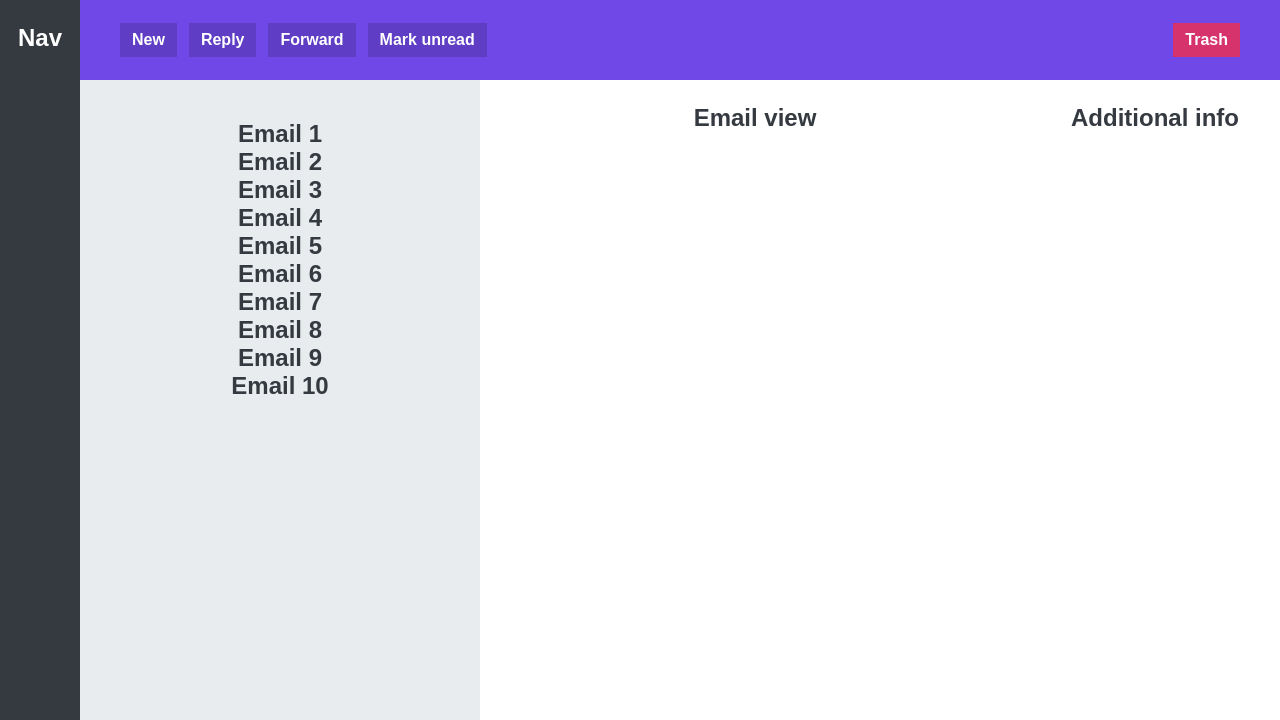
Repository: nghiakma/HTML-CSS-Fundamental
Page: Component_LayoutPatterns/applayout.html
The author's editor kept a copy of each file at every save. The page is drawn from the files as they stood at one save, then again after the next save.
The browser window is 1280 px wide. The pictures show the whole page.

Above is the page before, as saved 2023-08-26 18:40:02.

After the next save:
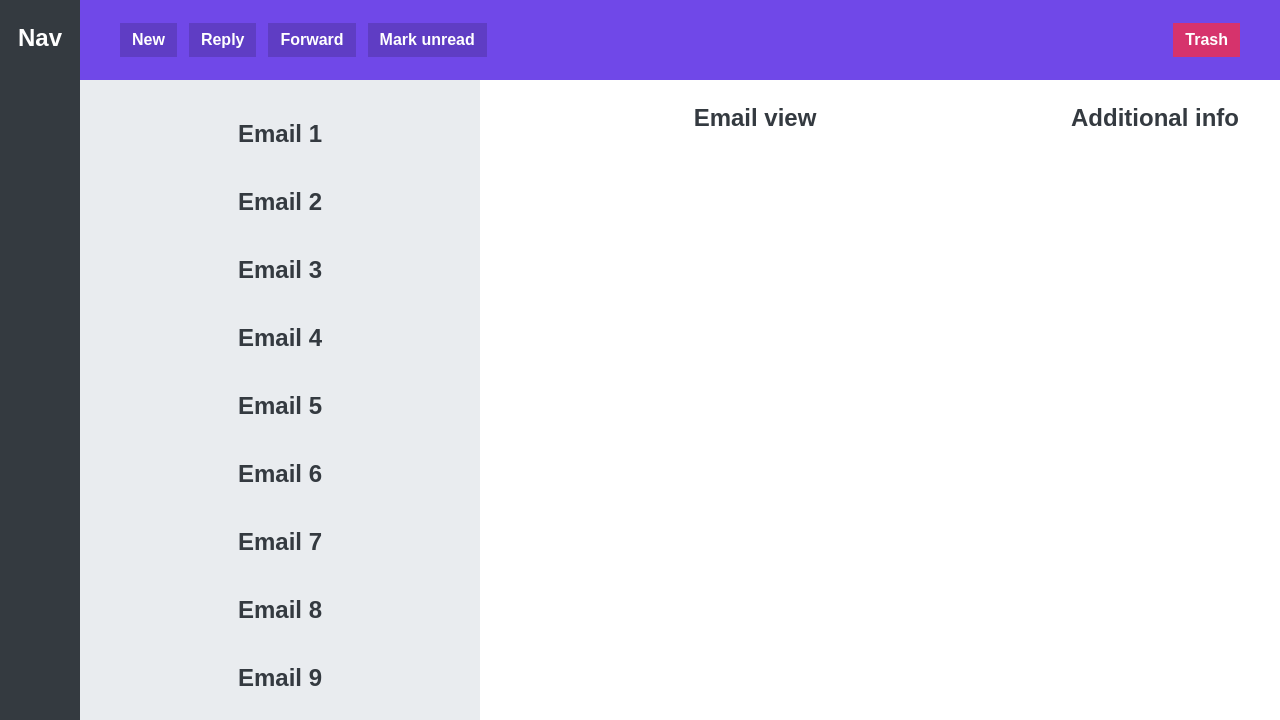
Saved 19 s later.
--- a/Component_LayoutPatterns/applayout.html
+++ b/Component_LayoutPatterns/applayout.html
@@ -67,6 +67,9 @@
       background-color: #e9ecef;
       padding: 40px;
       overflow: scroll;
+      display: flex;
+      flex-direction: column;
+      gap: 40px;
     }
   </style>
 </head>
